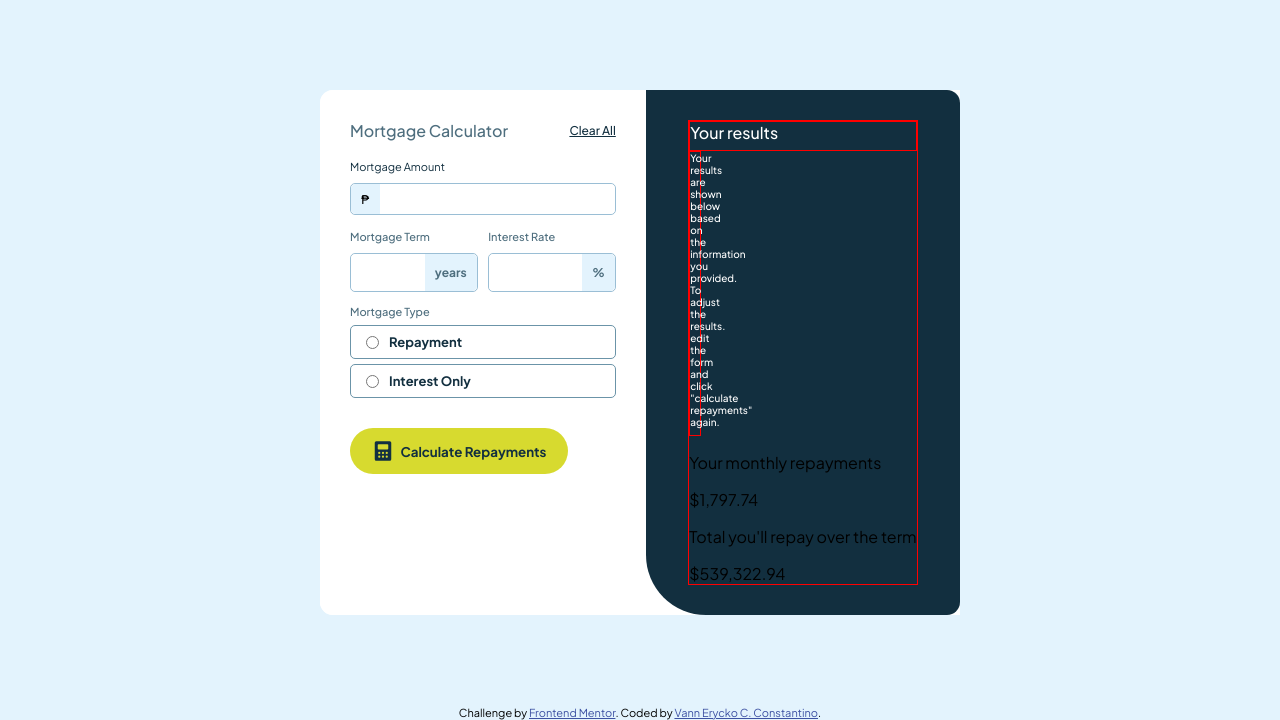
Repository: kocokoy/mortgage-repayment-calculator
Page: index.html
The author's editor kept a copy of each file at every save. The page is drawn from the files as they stood at one save, then again after the next save.
The browser window is 1280 px wide. The pictures show the whole page.

Above is the page before, as saved 2024-10-30 14:22:05.

### index.html
<!DOCTYPE html>
<html lang="en">
<head>
  <meta charset="UTF-8">
  <meta name="viewport" content="width=device-width, initial-scale=1.0"> <!-- displays site properly based on user's device -->

  <link rel="icon" type="image/png" sizes="32x32" href="./assets/images/favicon-32x32.png">
  <link rel="stylesheet" href="/styles/style.css">
  <link rel="preconnect" href="https://fonts.googleapis.com">
<link rel="preconnect" href="https://fonts.gstatic.com" crossorigin>
<link href="https://fonts.googleapis.com/css2?family=Karla:ital,wght@0,200..800;1,200..800&family=Plus+Jakarta+Sans:ital,wght@0,200..800;1,200..800&family=Red+Hat+Text:ital,wght@0,300..700;1,300..700&display=swap" rel="stylesheet">

  <title>Frontend Mentor | Mortgage repayment calculator</title>
</head>
<body>
  <div class="container">
    <div class="container-card">
      <div class="mortgage-calculator-side">
        <div class="mortgage-calculator-header">
          <p>Mortgage Calculator</p>
          <button>Clear All</button>
        </div>
        <div class="mortgage-calculator-amount">
          <p>Mortgage Amount</p>
          <label class="mortgage-calculator-amount-input">
            <div class="peso-logo">&#8369;</div>
            <input type="text" class="jsMortageAmount">
          </label>
          <div class="field-require-text">
            this field is required
          </div>
        </div>
        <div class="mortgage-calculator-term-and-interest">
          <div class="mortgage-calculator-term-section">
            <p>Mortgage Term</p>
            <div class="mortgage-calculator-term-section-mortgage">
              <input type="text" name="" id="" class="jsMortgageTerm">
              <div>years</div>
            </div>
            <div class="field-require-text">
              this field is required
            </div>
          </div>
          <div class="mortgage-calculator-term-section">
            <p>Interest Rate</p>
            <div class="mortgage-calculator-term-section-mortgage">
              <input type="text" name="" id="" class="jsMortgageInterest">
              <div>%</div>
            </div>
            <div class="field-require-text">
              this field is required
            </div>
          </div>
        </div>
        <div class="mortgage-calculator-type">
          <p>Mortgage Type</p>
          <label class="mortgage-calculator-type-radio">
            <input class="mortgage-calculator-type-radio-repayment jsRepaymentRadio" type="radio">
            <div>Repayment</div>
          </label>
          <label class="mortgage-calculator-type-radio">
            <input class="mortgage-calculator-type-radio-interest jsRepaymentInterest"  type="radio">
            <div>Interest Only</div>
          </label>
        </div>
        <div class="mortgage-calculator-button">
          <button class="jsCalculateRepayments">
            <div>
              <img src="/assets/images/icon-calculator.svg" alt="">
              <p>Calculate Repayments</p>
            </div>
          </button>
        </div>
      </div>
      <div class="result-side">
        <!-- <div class="result-empty">
          <div>
            <img src="/assets/images/illustration-empty.svg" alt="">
          </div>
          <div class="result-side-title">Results shown here</div>
          <div class="result-side-text">  Complete the form and click “calculate repayments” to see what
            your monthly repayments would be.</div>
        </div> -->
        <div class="result-populate">
          <div class="result-populate-title">
            Your results
          </div>
          <div class="result-populate-message">
            Your results are shown below based on the information you provided.
            To adjust the results. edit the form and click "calculate repayments" again.
          </div>
          <div class="result-populate-repayment">
            <div>
              <p>Your monthly repayments</p>
              <div>$1,797.74</div>
            </div>
            <div>
              <p>Total you'll repay over the term</p>
              <div>$539,322.94</div>
            </div>
          </div>
        </div>
      </div>
    </div>
  </div>


  <div class="attribution">
    Challenge by <a href="https://www.frontendmentor.io?ref=challenge">Frontend Mentor</a>.
    Coded by <a href="#">Vann Erycko C. Constantino</a>.
  </div>
  <script src="/javascripts/script.js"></script>
</body>
</html>

### styles/style.css
:root{
/* Primary */

--lime: hsl(61, 70%, 52%);
--red: hsl(4, 69%, 50%);

/* Neutral */

--white: hsl(0, 0%, 100%);
--slate100: hsl(202, 86%, 94%);
--slate300: hsl(203, 41%, 72%);
--slate500: hsl(200, 26%, 54%);
--slate700: hsl(200, 24%, 40%);
--slate900: hsl(202, 55%, 16%);
}

.attribution {
  font-size: 11px; text-align: center;
 }
.attribution a {
  color: hsl(228, 45%, 44%);
 }

 *{
  font-family: Plus Jakarta Sans;
 }

body{
  margin: 0;
  padding: 0;
  background-color: var(--slate100);
}
.container{
  height: 98vh;
  display: flex;
  flex-direction: column;
  justify-content: center;
  align-items: center;
}
.container-card{
  display: flex;
  flex-direction: row;
  height: auto;
  width: 50%;
  background-color: var(--white);
  border-bottom-left-radius: 13px;
  border-top-left-radius: 13px;
}

.field-require-text{
  margin-top: 10px;
  color: var(--red);
  font-size: 10px;
  font-weight: 900;
  margin-bottom: 3px;
  display: none;
}
.mortgage-calculator-side{
  height: auto;
  width: auto;
  background-color: var(--white);
  border-bottom-left-radius: 13px;
  border-top-left-radius: 13px;
  padding: 30px;

}
.result-side{
  height: auto;
  width: 70%;
  padding: 30px;
  overflow: hidden;
  background-color: var(--slate900);
  border-bottom-left-radius: 60px;
  border-bottom-right-radius: 13px;
  border-top-right-radius: 13px;
  display: flex;
  flex-direction: column;
  justify-content: center;
  align-items: center;

}

/*Mortgage Calculator Header */
.mortgage-calculator-header{
  display: flex;
  flex-direction: row;
  align-items: center;
  justify-content: space-between;
}
.mortgage-calculator-header p{
 margin: 0;
 font-weight: 500;
 color: var(--slate700);
}
.mortgage-calculator-header button{
 margin: 0;
 font-weight: 500;
 font-size: 12px;
 color: var(--slate900);
 background-color: var(--white);
 text-decoration: underline;
 cursor: pointer;
 border: none;
 padding: 0;
}

/*Mortgage Calculator Amount  */
.mortgage-calculator-amount{
  padding-top: 19px ;
  display: flex;
  flex-direction: column;
  margin-bottom: 15px;
}
.mortgage-calculator-amount p{
  margin: 0;
  font-size: 11px;
  color: var(--slate900);
  padding-bottom: 10px;
}

.mortgage-calculator-amount-input{
  display: flex;
  flex-direction: row;
  height: 30px;
  border: 1px solid var(--slate300);
  border-radius: 5px;
}

.mortgage-calculator-amount-input:hover{
  border: 1px solid var(--slate900);
  transition: 0.1s;
}

.mortgage-calculator-amount-input:focus-within {
  border-color: var(--lime);
}

.mortgage-calculator-amount-input:focus-within .peso-logo {
  background-color: var(--lime);
}

.mortgage-calculator-amount-input .peso-logo{
  background-color: var(--slate100);
  height: 100%;
  width: 35px;
  display: flex;
  justify-content: center;
  align-items: center;
  font-size: 12px;
  font-weight: 500;
  border: none;
  border-top-left-radius: 5px;
  border-bottom-left-radius: 5px;
}
.mortgage-calculator-amount-input input{
  width: 100%;
  border: none;
  border-top-right-radius: 5px;
  border-bottom-right-radius: 5px;
  padding: 0 10px;
  font-weight: 700;
}

.mortgage-calculator-amount-input input:focus{
  outline: none;
}

/* Mortgage Calculator Mortgage Term and Interest Rate */

.mortgage-calculator-term-and-interest{
  display: flex;
  flex-direction: row;
  width: 100;
  justify-content: space-between;
}
.mortgage-calculator-term-section{
  width: 48%;
}
.mortgage-calculator-term-section p{
  margin: 0;
  font-size: 11px;
  color: var(--slate700);
  padding-bottom: 10px;
  font-weight: 500;
}

.mortgage-calculator-term-section-mortgage{
  display: flex;
  flex-direction: row;
  border: 1px solid var(--slate300);
  border-radius: 5px;
}

.mortgage-calculator-term-section-mortgage input{
  width: 90%;
  padding: 10px;
  font-weight: 700;
  border: none;
  border-top-left-radius: 5px;
  border-bottom-left-radius: 5px;
  accent-color: green;
}
.mortgage-calculator-term-section-mortgage div{
  width: auto;
  background-color: var(--slate100);
  color: var(--slate700);
  font-size: 12px;
  display: flex;
  justify-content: center;
  align-items: center;
  font-weight: 700;
  padding: 7px 10px;
  border-top-right-radius: 5px;
  border-bottom-right-radius: 5px;
}

.mortgage-calculator-term-section-mortgage input:focus{
  outline: none;
}

/* Mortgage Calculator Type */
.mortgage-calculator-type{
  display: block;
  margin-top: 13px;
}

.mortgage-calculator-type p{
  margin: 0;
  font-size: 11px;
  color: var(--slate700);
  padding-bottom: 2px;
  font-weight: 500;
}

.mortgage-calculator-type-radio{
  border: 1px solid var(--slate500);
  display: flex;
  flex-direction: row;
  justify-content: start;
  align-items: center;
  padding: 8px 5px ;
  margin-top: 5px;
  border-radius: 5px;
}
.mortgage-calculator-type-radio:hover{
  border: 1px solid var(--lime);
  transition: 0.3s;
  cursor: pointer;
}
.mortgage-calculator-type-radio-clicked{
  border: 1px solid var(--lime);
  background-color: hsla(61, 70%, 52%, 0.1);
  transition: 0.3s;
}

.mortgage-calculator-type-radio-repayment{
  margin: 0 10px;
}

input[type="radio"]{
  accent-color: var(--lime);
  border: none;
}

.mortgage-calculator-type-radio-interest{
  margin: 0 10px;
}

.mortgage-calculator-type-radio div{
  font-size: 13px;
  font-weight: 700;
  color: var(--slate900);
}

/* Mortgage Calculator Type Button */

.mortgage-calculator-button{
  margin-top: 30px;
  display: flex;
  justify-content: start;
  align-items: start;
}

.mortgage-calculator-button button{
  display: flex;
  flex-direction: row;
  background-color: var(--lime);
  color: var(--slate900);
  border: none;
  border-radius: 100px;
  width: 82%;
  cursor: pointer;
  transition: 0.3s;
}

.mortgage-calculator-button button:hover{
  opacity: 80%;
}

.mortgage-calculator-button button img{
  margin: 0;
  display: flex;
  justify-content: center;
}

.mortgage-calculator-button button p{
  font-weight: 700;
  margin-left: 5px;
}
.mortgage-calculator-button button div{
  display: flex;
  justify-content: center;
  width: 100%;
}

/* Result Side Empty */
.result-empty{
  display: flex;
  flex-direction: column;
  justify-content: center;
  align-items: center;

}
.result-side-title{
  color: var(--white);
  font-weight: 500;
  font-size: 20px;
}
.result-side-text{
  margin-top: 10px;
  color: var(--slate500);
  font-size: 11px;
  text-align: center;
}

/* Result Side Populate*/
.result-populate{
  border: 1px solid red;
  height: 100%;
}
.result-populate-title{
  color: var(--white);
  font-weight: 500;
  border: 1px solid red;
  padding-bottom: 7px;
}
.result-populate-message{
  color: var(--white);
  font-weight: 500;
  font-size: 10px;
  border: 1px solid red;
  padding-bottom: 7px;
  width: 10px;
}

### javascripts/script.js
const calculateButton = document.querySelector('.jsCalculateRepayments');
const mortgageAmountElement = document.querySelector('.jsMortageAmount');
const mortgageTermElement = document.querySelector('.jsMortgageTerm');
const mortgageInterestElement = document.querySelector('.jsMortgageInterest');
// radio buttons
const repaymentRadioElement = document.querySelector('.jsRepaymentRadio');
const interestRadioElement = document.querySelector('.jsRepaymentInterest');
let totalRepayment = 0;
let monthlyPayment = 0;

MortgageTypeBtnClicked();
calculateButton.addEventListener('click', () => {
  const mortgageAmount =  IntegerConverter(mortgageAmountElement.value);
  const mortgageTerm =  IntegerConverter(mortgageTermElement.value);
  const mortgageInterest =  IntegerConverter(mortgageInterestElement.value);
  CalcuteRepayment(mortgageAmount,mortgageTerm,mortgageInterest);

});



function MortgageTypeBtnClicked(){
  let repaymentRadioClicked = false;
  let interestRadioClicked = false;

  const repaymentParentLabel = repaymentRadioElement.parentElement;
  const interestParentLabel = interestRadioElement.parentElement;

  repaymentRadioElement.addEventListener('click', () =>{
    if(repaymentRadioClicked){
      repaymentParentLabel.classList.remove('mortgage-calculator-type-radio-clicked');
      repaymentRadioElement.checked = false;
      repaymentRadioClicked = false;
    }else{
      repaymentRadioClicked = true;
      repaymentParentLabel.classList.add('mortgage-calculator-type-radio-clicked');
      interestParentLabel.classList.remove('mortgage-calculator-type-radio-clicked');
      interestRadioElement.checked = false;
      interestRadioClicked = false;
    }
  });

  interestRadioElement.addEventListener('click', () =>{
    if(interestRadioClicked){
      interestParentLabel.classList.remove('mortgage-calculator-type-radio-clicked');
      interestRadioElement.checked = false;
      interestRadioClicked = false;
    }else{
      repaymentParentLabel.classList.remove('mortgage-calculator-type-radio-clicked');
      interestParentLabel.classList.add('mortgage-calculator-type-radio-clicked');
      interestRadioClicked = true;
      repaymentRadioElement.checked = false;
      repaymentRadioClicked = false;
    }
  });
};

function IntegerConverter(str){
  if(str.includes('.')){
    return parseFloat(str);
  };
    return parseInt(str.replace(/,/g, ''));
}

function CalcuteRepayment(amount,years,interest){
  let months = 12;
  let monthlyInterestRate = ((interest/months)/100);
  let totalPayments = (years*months);
  let numerator = (amount * monthlyInterestRate);
  let denominator = (1 - Math.pow(1 + monthlyInterestRate,(-1*totalPayments)));
  monthlyPayment = (numerator/denominator);
  totalRepayment =  (monthlyPayment*totalPayments);
}

After the next save:
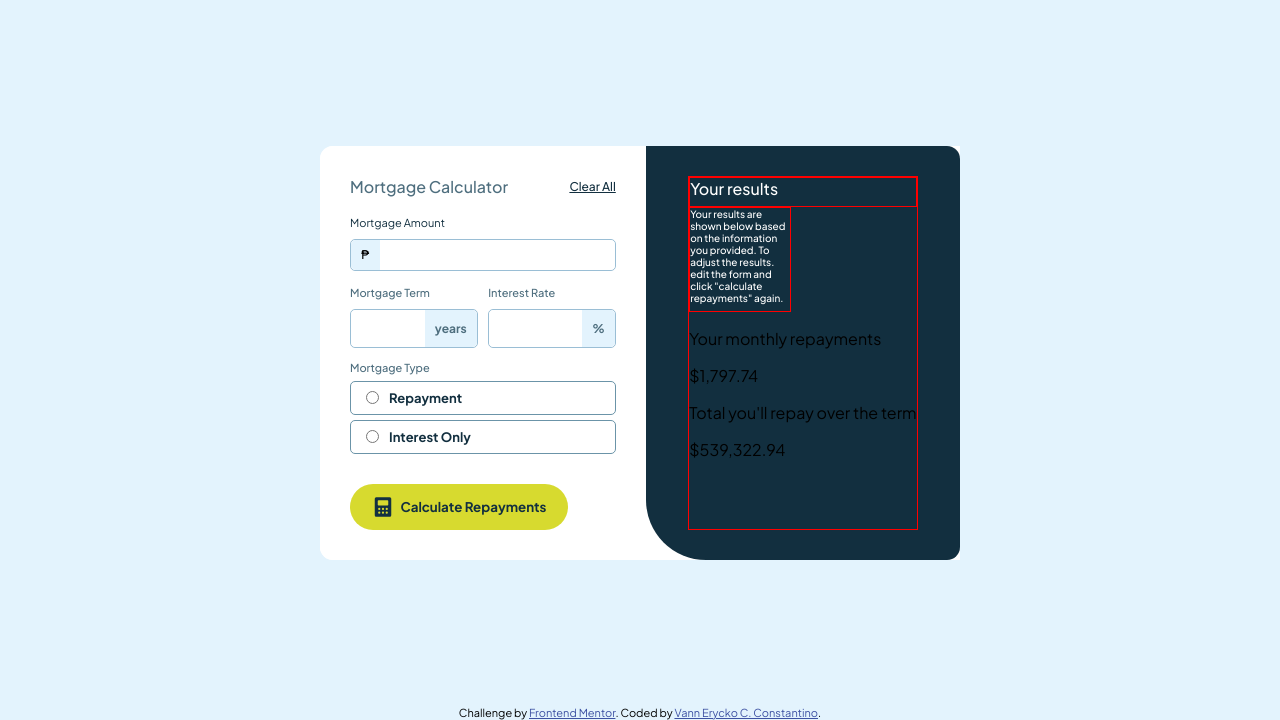
Saved 9 min 8 s later.
--- a/styles/style.css
+++ b/styles/style.css
@@ -350,5 +350,5 @@ input[type="radio"]{
   font-size: 10px;
   border: 1px solid red;
   padding-bottom: 7px;
-  width: 10px;
-}
+  width: 100px;
+}
